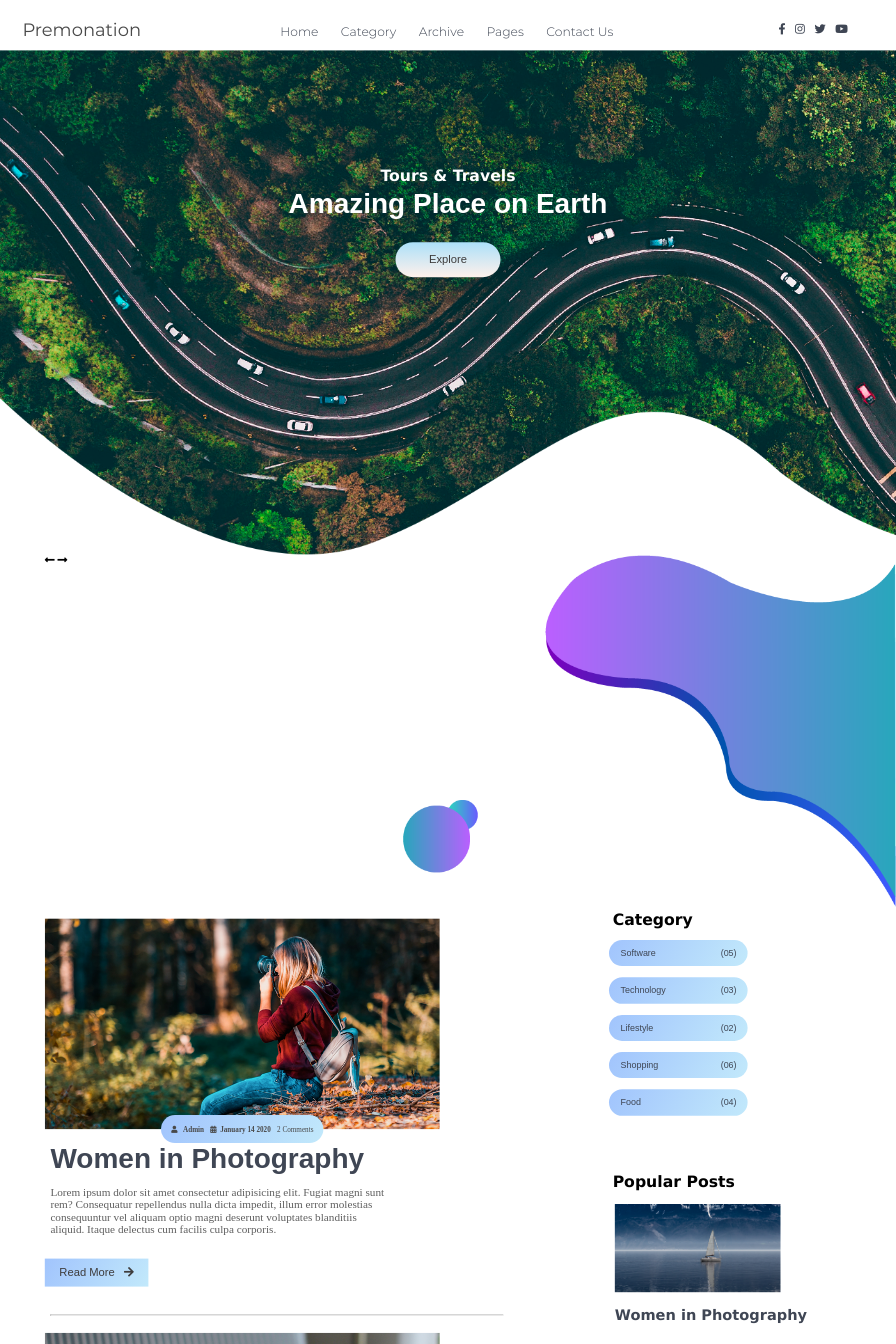
Repository: premjawaharp/Blogsite
Page: index.html
These files come from the project's save history. The page is drawn as it stood at one moment and after a run of saves; the edit follows.
The browser window is 1280 px wide. The pictures show the part of the page from y = 0 to 1920 px (the page is 4203 px tall), at 70% of full size.

Above is the page before, as saved 2020-09-19 00:31:25.
Console error: SyntaxError: Unexpected token ';'

### index.html
<!DOCTYPE html>
<html lang="en">
<head>
    <meta charset="UTF-8">
    <meta name="viewport" content="width=device-width, initial-scale=1.0">
    <title>Blogger</title>

    <!--Font Awesome style-->
    <link rel="stylesheet" href="css/all.css">

    <!-- Owl Carousel style -->
    <link rel="stylesheet" href="./css/owl.carousel.min.css">
    <link rel="stylesheet" href="./css/owl.theme.default.css">

    <!--Custom style-->
    <link rel="stylesheet" href="css/style.css">
</head>
<body>
    <!------------- Navigation ------------------>
   <nav class="nav">
        <div class="nav-menu flex-row">
            <div class="nav-brand">
                <a href="#" class="text-gray">Premonation</a>
            </div>
            <div class="toggle-collapse">
                <div class="toggle-icons">
                    <i class="fas fa-bars"></i>
                </div>
            </div>
            <div>
                <ul class="nav-items">
                    <li class="nav-link">
                        <a href="#">Home</a>
                    </li>
                    <li class="nav-link">
                        <a href="#">Category</a>
                    </li>
                    <li class="nav-link">
                        <a href="#">Archive</a>
                    </li>
                    <li class="nav-link">
                        <a href="#">Pages</a>
                    </li>
                    <li class="nav-link">
                        <a href="/contactus.html">Contact Us</a>
                    </li>
                </ul>
            </div>
            <div class="social text-gray">
                    <a href="#"><i class="fab fa-facebook-f"></i></a>
                    <a href="#"><i class="fab fa-instagram"></i></a>
                    <a href="#"><i class="fab fa-twitter"></i></a>
                    <a href="#"><i class="fab fa-youtube"></i></a>
            </div>
        </div>
    </nav>
    <!-----x------- Navigation --------x--------->

    <!-- Main site section -->
    <main>
        <!---- Site title ---->
        <section class="site-title">
            <div class="site-background">
                <h3>Tours & Travels</h3>
                <h1>Amazing Place on Earth</h1>
                <button class="btn">Explore</button>
            </div>
        </section>
        <!-- x Site title x -->
        <!-- Blog Carousel content -->
        <section>
            <div class="blog">
                <div class="container">
                    <div class="owl-carousel owl-theme blogpost">
                        <div class="blog-content">
                            <img src="./assets/Blog-post/post-1.jpg" alt="post1">
                            <div class="blog-title">
                                <h3>London Fashion Week</h3>
                                <button class="btn">Fashion</button>
                            </div>
                        </div>
                        <div class="blog-content">
                            <img src="./assets/Blog-post/post-2.jpg" alt="post2">
                            <div class="blog-title">
                                <h3>London Fashion Week</h3>
                                <button class="btn">Fashion</button>
                            </div>
                        </div>
                        <div class="blog-content">
                            <img src="./assets/Blog-post/post-3.jpg" alt="post3">
                            <div class="blog-title">
                                <h3>London Fashion Week</h3>
                                <button class="btn">Fashion</button>
                            </div>
                        </div>
                        <div class="blog-content">
                            <img src="./assets/Blog-post/post-1.jpg" alt="post1">
                            <div class="blog-title">
                                <h3>London Fashion Week</h3>
                                <button class="btn">Fashion</button>
                            </div>
                        </div>

                    </div>
                    <div class="owl-navigation">
                        <span class="owl-nav-prev"><i class="fas fa-long-arrow-alt-left"></i></span>
                        <span class="owl-nav-next"><i class="fas fa-long-arrow-alt-right"></i></span>
                    </div>
                </div>
            </div>
        </section>
        <!-- x Blog Carousel content x -->

        <!---- Site Content ---->

        <section class="container">
            <div class="site-content">
                <div class="posts">
                    <div class="post-content">
                        <div class="post-image">
                            <div>
                                <img  src="./assets/Blog-post/blog1.png" class="img" alt="blog1">
                            </div>
                            <div class="post-info flex-row">
                                <span><i class="fas fa-user text-gray">&nbsp;&nbsp; Admin</i></span>&nbsp;
                                <span><i class="fas fa-calendar-alt text-gray">&nbsp;&nbsp;January 14 2020</i></span>&nbsp;
                                <span class="text-gray">2 Comments</span>
                            </div>
                        </div>
                        <div class="post-title">
                            <a href="/blog1.html"><h1>Women in Photography</h1></a>
                            <p>Lorem ipsum dolor sit amet consectetur adipisicing elit.
                                Fugiat magni sunt rem? Consequatur repellendus nulla dicta impedit, illum error molestias consequuntur vel aliquam optio magni deserunt voluptates blanditiis aliquid. Itaque delectus cum facilis culpa corporis.</p>
                        </div>
                        <a href="/blog1.html">
                            <button class="btn post-btn"> Read More &nbsp; <i class="fas fa-arrow-right"></i></button>
                        </a>

                    </div>
                    <hr>
                    <div class="post-content">
                        <div class="post-image">
                            <div>
                                <img  src="./assets/Blog-post/blog2.png" class="img" alt="blog">
                            </div>
                            <div class="post-info flex-row">
                                <span><i class="fas fa-user text-gray">&nbsp;&nbsp; Admin</i></span>&nbsp;
                                <span><i class="fas fa-calendar-alt text-gray">&nbsp;&nbsp;January 14 2020</i></span>&nbsp;
                                <span class="text-gray">2 Comments</span>
                            </div>
                        </div>
                        <div class="post-title">
                            <a href="/blog2.html"><h1>Womennn in Photography</h1></a>
                            <p>Lorem ipsum dolor sit amet consectetur adipisicing elit.
                                Fugiat magni sunt rem? Consequatur repellendus nulla dicta impedit, illum error molestias consequuntur vel aliquam optio magni deserunt voluptates blanditiis aliquid. Itaque delectus cum facilis culpa corporis.</p>
                        </div>
                        <a href="/blog2.html">
                            <button class="btn post-btn"> Read More &nbsp; <i class="fas fa-arrow-right"></i></button>
                        </a>
                    </div>
                    <hr>
                    <div class="post-content">
                        <div class="post-image">
                            <div>
                                <img  src="./assets/Blog-post/blog3.png" class="img" alt="blog3">
                            </div>
                            <div class="post-info flex-row">
                                <span><i class="fas fa-user text-gray">&nbsp;&nbsp; Admin</i></span>&nbsp;
                                <span><i class="fas fa-calendar-alt text-gray">&nbsp;&nbsp;January 14 2020</i></span>&nbsp;
                                <span class="text-gray">2 Comments</span>
                            </div>
                        </div>
                        <div class="post-title">
                            <a href="/blog3.html"><h1>Women in Photography</h1></a>
                            <p>Lorem ipsum dolor sit amet consectetur adipisicing elit.
                                Fugiat magni sunt rem? Consequatur repellendus nulla dicta impedit, illum error molestias consequuntur vel aliquam optio magni deserunt voluptates blanditiis aliquid. Itaque delectus cum facilis culpa corporis.</p>
                        </div>
                        <a href="/blog3.html">
                            <button class="btn post-btn"> Read More &nbsp; <i class="fas fa-arrow-right"></i></button>
                        </a>
                    </div>
                    <hr>
                    <div class="post-content">
                        <div class="post-image">
                            <div>
                                <img  src="./assets/Blog-post/blog4.png" class="img" alt="blog3">
                            </div>
                            <div class="post-info flex-row">
                                <span><i class="fas fa-user text-gray">&nbsp;&nbsp; Admin</i></span>&nbsp;
                                <span><i class="fas fa-calendar-alt text-gray">&nbsp;&nbsp;January 14 2020</i></span>&nbsp;
                                <span class="text-gray">2 Comments</span>
                            </div>
                        </div>
                        <div class="post-title">
                            <a href="#"><h1>Women in Photography</h1></a>
                            <p>Lorem ipsum dolor sit amet consectetur adipisicing elit.
                                Fugiat magni sunt rem? Consequatur repellendus nulla dicta impedit, illum error molestias consequuntur vel aliquam optio magni deserunt voluptates blanditiis aliquid. Itaque delectus cum facilis culpa corporis.</p>
                        </div>
                        <button class="btn post-btn">Read More &nbsp; <i class="fas fa-arrow-right"></i></button>
                    </div>
                    <hr>
                    <div class="pagination flex-row">
                        <a href="#"><i class="fas fa-chevron-left"></i></a>
                        <a href="#" class="page">1</a>
                        <a href="#" class="page">2</a>
                        <a href="#" class="page">3</a>
                        <a href="#" ><i class="fas fa-chevron-right"></i></a>
                    </div>
                </div>
                <aside class="sidebar">
                    <div class="category">
                        <h3>Category</h3>
                        <ul class="category-list">
                            <li class="list-items">
                                <a href="#">Software</a>
                                <span>(05)</span>
                            </li>
                            <li class="list-items">
                                <a href="#">Technology</a>
                                <span>(03)</span>
                            </li>
                            <li class="list-items">
                                <a href="#">Lifestyle</a>
                                <span>(02)</span>
                            </li>
                            <li class="list-items">
                                <a href="#">Shopping</a>
                                <span>(06)</span>
                            </li>
                            <li class="list-items">
                                <a href="#">Food</a>
                                <span>(04)</span>
                            </li>
                        </ul>
                    </div>
                    <div class="popular-post">
                        <h3>Popular Posts</h3>
                        <div class="post-content">
                            <div class="post-image">
                                <div>
                                    <img  src="./assets/Blog-post/blog4.png" class="img" alt="blog3">
                                </div>

                            </div>
                            <div class="post-title">
                                <a href="#"><h4>Women in Photography</h4></a>
                                <p>Lorem ipsum dolor sit amet consectetur adipisicing elit.
                                    Fugiat magni sunt rem? Consequatur repellendus nulla dicta impedit, illum error molestias consequuntur vel aliquam optio magni deserunt voluptates blanditiis aliquid. Itaque delectus cum facilis culpa corporis.</p>
                            </div>
                        </div>
                        <div class="post-content">
                            <div class="post-image">
                                <div>
                                    <img  src="./assets/Blog-post/blog4.png" class="img" alt="blog3">
                                </div>
                            </div>
                            <div class="post-title">
                                <a href="#"><h4>Biker Boys</h4></a>
                                <p>Lorem ipsum dolor sit amet consectetur adipisicing elit.
                                    Fugiat magni sunt rem? Consequatur repellendus nulla dicta impedit, illum error molestias consequuntur vel aliquam optio magni deserunt voluptates blanditiis aliquid. Itaque delectus cum facilis culpa corporis.</p>
                            </div>
                        </div>
                        <div class="post-content">
                            <div class="post-image">
                                <div>
                                    <img  src="./assets/Blog-post/blog4.png" class="img" alt="blog3">
                                </div>
                            </div>
                            <div class="post-title">
                                <a href="#"><h4>Don't judge the book by it's cover</h4></a>
                                <p>Lorem ipsum dolor sit amet consectetur adipisicing elit.
                                    Fugiat magni sunt rem? Consequatur repellendus nulla dicta impedit, illum error molestias consequuntur vel aliquam optio magni deserunt voluptates blanditiis aliquid. Itaque delectus cum facilis culpa corporis.</p>
                            </div>
                        </div>
                        <div class="news-letter">
                            <div class="news-form">
                                <h3>Newsletter</h3>
                                <div class="news-inputs">
                                    <input type="text" class='input-element' placeholder="Email">
                                    <button class="new-form-btn btn">Subscribe</button>
                                </div>

                            </div>
                        </div>
                        <div class="popular-tag">
                            <h3>Popular Tags</h3>
                            <div class="tags flex-row">
                                <span class="tag">Software</span>
                                <span class="tag">Technology</span>
                                <span class="tag">Travel</span>
                                <span class="tag">Lifestyle</span>
                                <span class="tag">Love</span>
                                <span class="tag">Story</span>
                                <span class="tag">Project</span>
                                <span class="tag">Cooking</span>
                            </div>

                        </div>

                    </div>
                </aside>

            </div>
        </section>
        <!-- x Site Content x -->

    </main>
    <!-- x Main site section x -->
    <!-- ------- footer ------- -->
    <footer class="footer">
        <div class="container">
            <div class="pad-pad">
                <div class="about-us">
                    <h3>About Us</h3>
                    <p class="">Lorem ipsum dolor sit amet consectetur adipisicing elit.
                        ut eius, dolorem eligendi quo, illum
                        assumenda laboriosam reiciendis
                        facilis perspiciatis nam quae iure quasi,
                         numquam sint ad. Aut, voluptatum amet?</p>
                </div>
                <div class="news-letter">
                    <h3>News Letter</h3>
                    <p>Stay upto date</p>
                    <div class="news-inputs">
                        <input type="text" class='input-element' placeholder="Email">
                        <span><i class='fas fa-chevron-right'></i></span>
                    </div>
                </div>
                <div class="instagram">
                    <h3>Instagram</h3>
                    <div class="insta-images flex-row">
                        <img src="./assets/instagram/thumb-card3.png" alt="insta3">
                        <img src="./assets/instagram/thumb-card4.png" alt="insta4">
                        <img src="./assets/instagram/thumb-card5.png" alt="insta5">
                    </div>
                    <div class="insta-images flex-row">
                        <img src="./assets/instagram/thumb-card6.png" alt="insta6">
                        <img src="./assets/instagram/thumb-card7.png" alt="insta7">
                        <img src="./assets/instagram/thumb-card8.png" alt="insta8">
                    </div>
                </div>
                <div class="follow">
                    <div class="social text-gray">
                    <h3>Follow</h3>
                    <p>Let us be Social</p>
                    <a href="#"><i class="fab fa-facebook-f"></i></a>
                    <a href="#"><i class="fab fa-instagram"></i></a>
                    <a href="#"><i class="fab fa-twitter"></i></a>
                    <a href="#"><i class="fab fa-youtube"></i></a>
                    <div class="move-up">
                        <span>
                            <a href="index.html"><i class="fas fa-arrow-circle-up"> </i></a>
                        </span>
                    </div>
                </div>
            </div>
        </div>

    </footer>

    <!-- -----x- footer -x----- -->
    <!-- Jquery library -->
    <script src="js/jquery3.5.1.min.js"></script>
    <!-- Owl Carousel Js -->
    <script src="js/owl.carousel.min.js"></script>
    <!-- Custom javascript -->
    <script src="js/script.js"></script>



</body>
</html>

### css/fonts.css
@font-face{
    font-family: Montserrat;
    src: url(../Montserrat/Montserrat-Light.ttf)
}
@font-face{
    font-family: Montserrat-Bold;
    src: url(../Montserrat/Montserrat-Bold.ttf)
}
@font-face{
    font-family: Montserrat-SemiBold;
    src: url(../Montserrat/Montserrat-SemiBold.ttf)
}
@font-face{
    font-family: Montserrat-Medium;
    src: url(../Montserrat/Montserrat-Regular.ttf)
}

@font-face{
    font-family: Anton-Regular;
    src: url(../Anton/Anton-Regular.ttf)
}

### js/script.js
const responsive ={
    320:{
        items:1
    }
}

$(document).ready(function(){

    $nav = $('.nav');
    $toggleCollapse = $('.toggle-collapse')

    // click event on toggle menu
    $toggleCollapse.click(function(){
        $nav.toggleClass('collapse');
    })
})

// owl carousel for blog
$('.owl-carousel').owlCarousel(
    {
        loop:true,
        autoplay:true,
        autoplayTimeout: 4000,
        fluidSpeed:1,
        dots:false,
        nav:true,
        animateOut:true,
        navText:[$('.owl-navigation .owl-nav-prev'),$('.owl-navigation .owl-nav-next')];
        responsive:responsive


    }
)

Loaded but not shown: css/all.css (library); css/owl.carousel.min.css (library); css/owl.theme.default.css (common file); js/jquery3.5.1.min.js (library); js/owl.carousel.min.js (library); css/style.css (568 lines, source omitted)

After the next 2 saves:
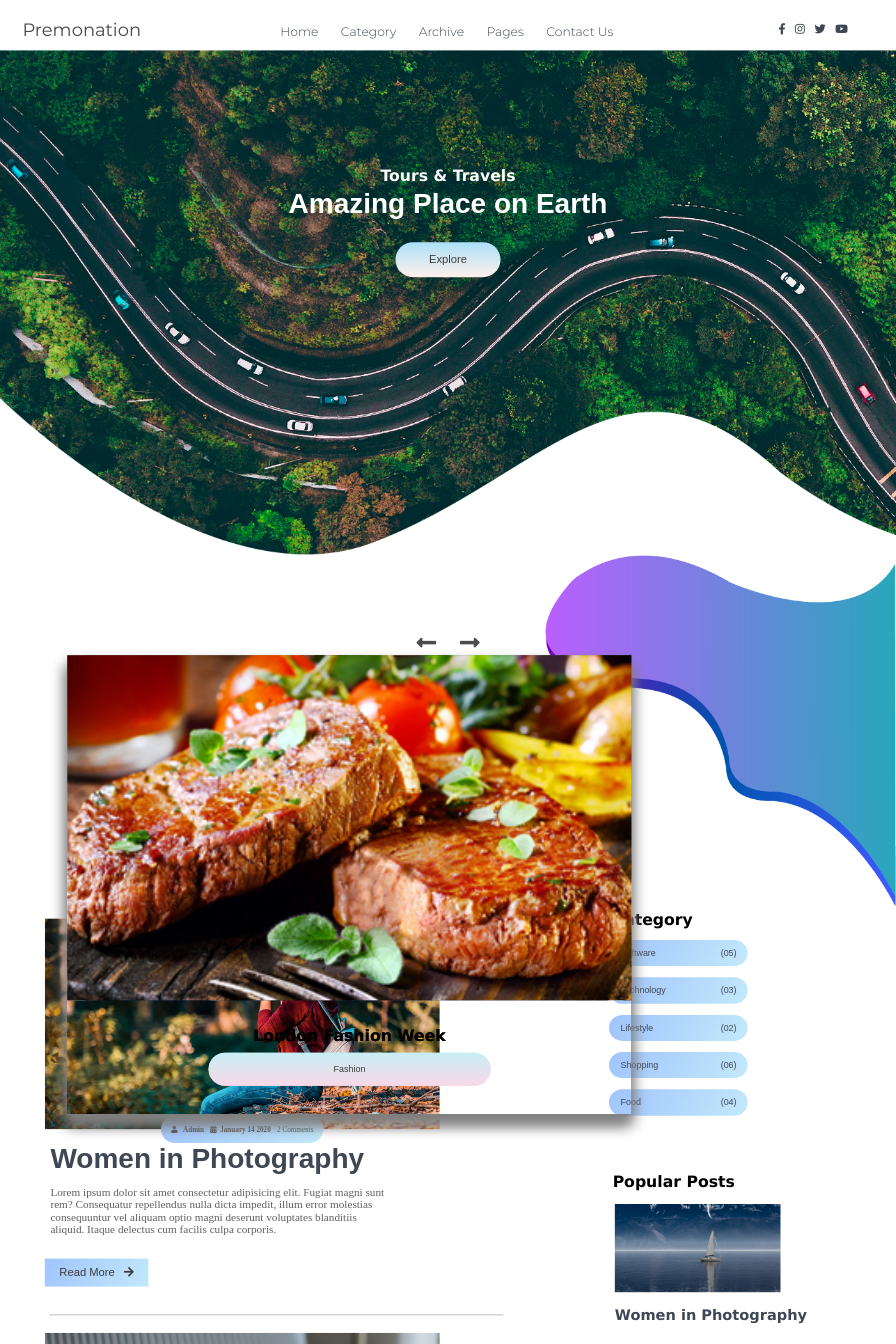
The error is gone.
The 2 saves are shown as one change because they came seconds apart.
The last was saved 30 s later.
--- a/js/script.js
+++ b/js/script.js
@@ -25,7 +25,7 @@ $('.owl-carousel').owlCarousel(
         dots:false,
         nav:true,
         animateOut:true,
-        navText:[$('.owl-navigation .owl-nav-prev'),$('.owl-navigation .owl-nav-next')];
+        navText:[$('.owl-navigation .owl-nav-prev'),$('.owl-navigation .owl-nav-next')],
         responsive:responsive
 
 
